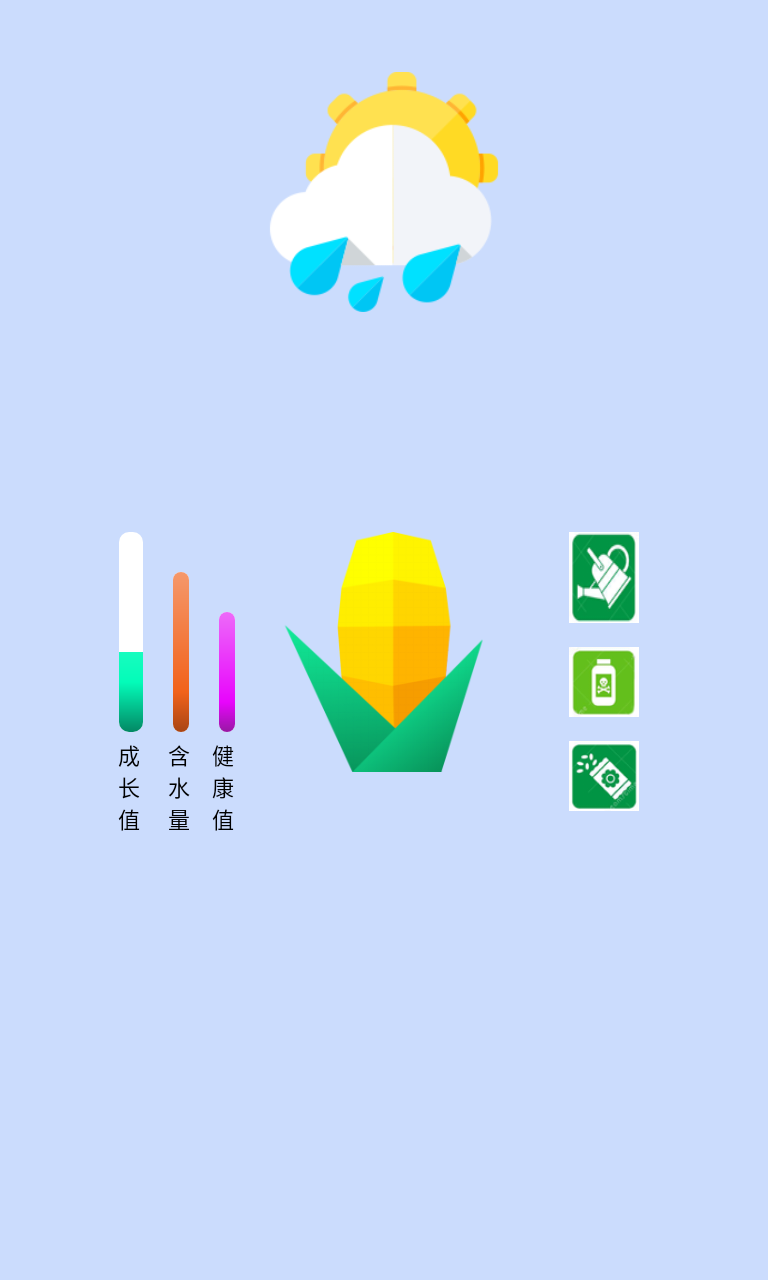
Repository: DraceWang/YumiTianqi
Layout: YumiTianqi/res/layout/fragment_main.xml
The author's editor kept a copy of each file at every save. The layout is drawn from the files as they stood at one save, then again after the next save.
It is drawn on a 768 x 1280 px phone screen (xhdpi) without system bars, with theme AppTheme; the app's code is not run. Lists and similar views that code fills are empty.

Above is the layout before, as saved 2015-05-20 01:46:41.

After the next save:
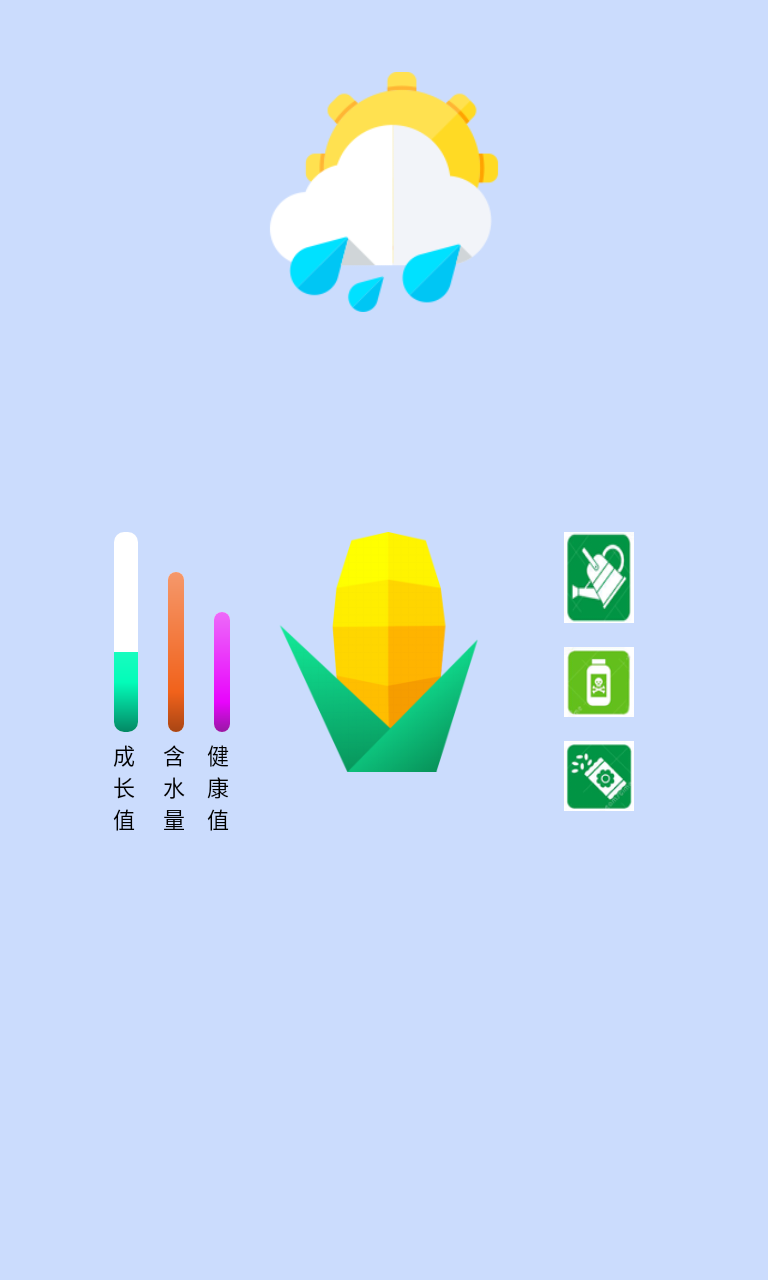
Saved 34 s later.
--- a/YumiTianqi/res/layout/fragment_main.xml
+++ b/YumiTianqi/res/layout/fragment_main.xml
@@ -210,8 +210,8 @@
 
             <ListView
                 android:id="@+id/forecast"
-                android:layout_width="match_parent"
-                android:layout_height="200dp"
+                android:layout_width="300dp"
+                android:layout_height="wrap_content"
                 android:layout_marginTop="90dp" >
             </ListView>
         </LinearLayout>
